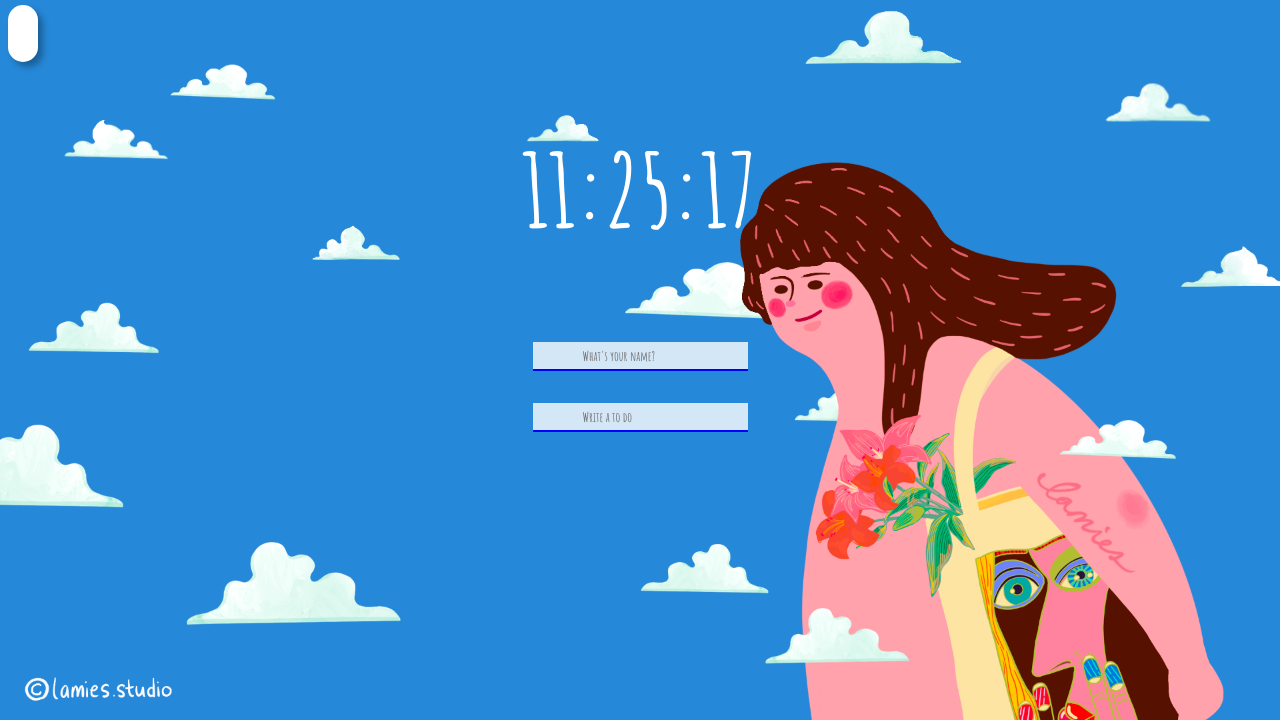
Repository: haleyjung/chrome_app
Page: index.html
The author's editor kept a copy of each file at every save. The page is drawn from the files as they stood at one save, then again after the next save.
The browser window is 1280 px wide. The pictures show the whole page.

Above is the page before, as saved 2020-11-23 16:17:34.

After the next save:
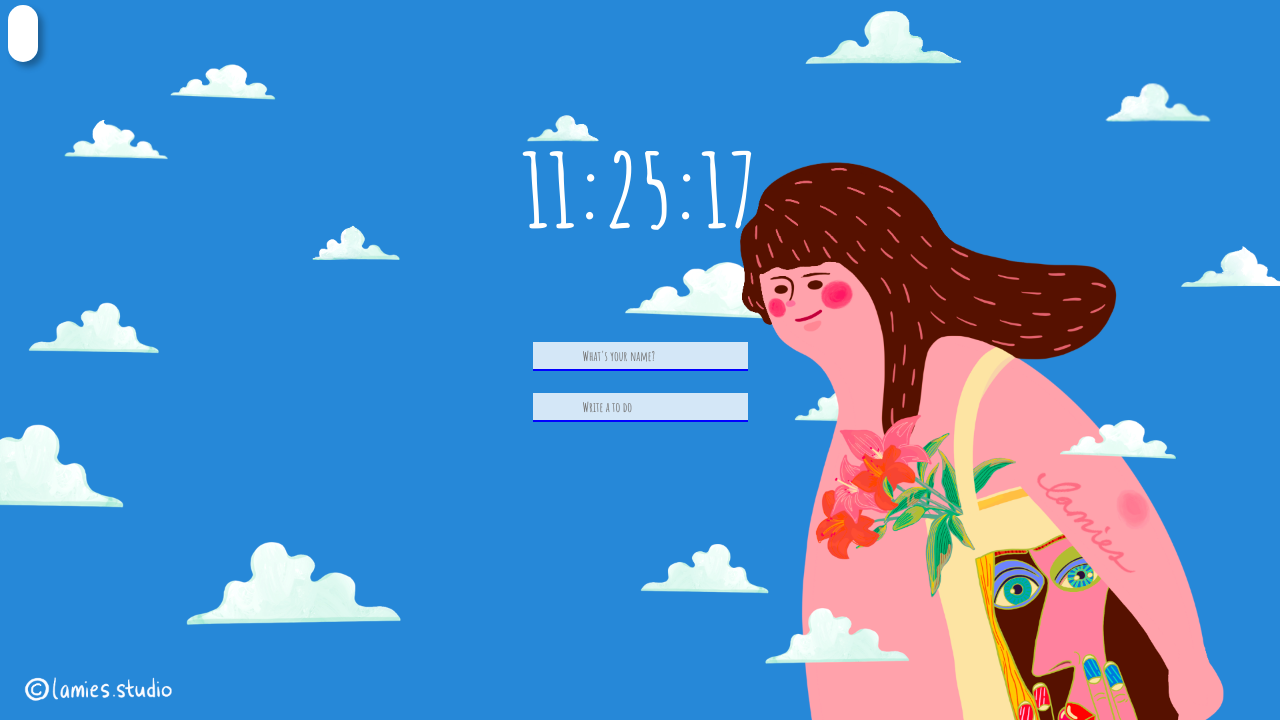
Saved 10 s later.
--- a/index.css
+++ b/index.css
@@ -42,7 +42,7 @@ main {
 .js-form,
 .js-toDoForm {
   background-color: none;
-  margin-top: 10px;
+  margin-bottom: 10px;
 }
 
 .btn {
